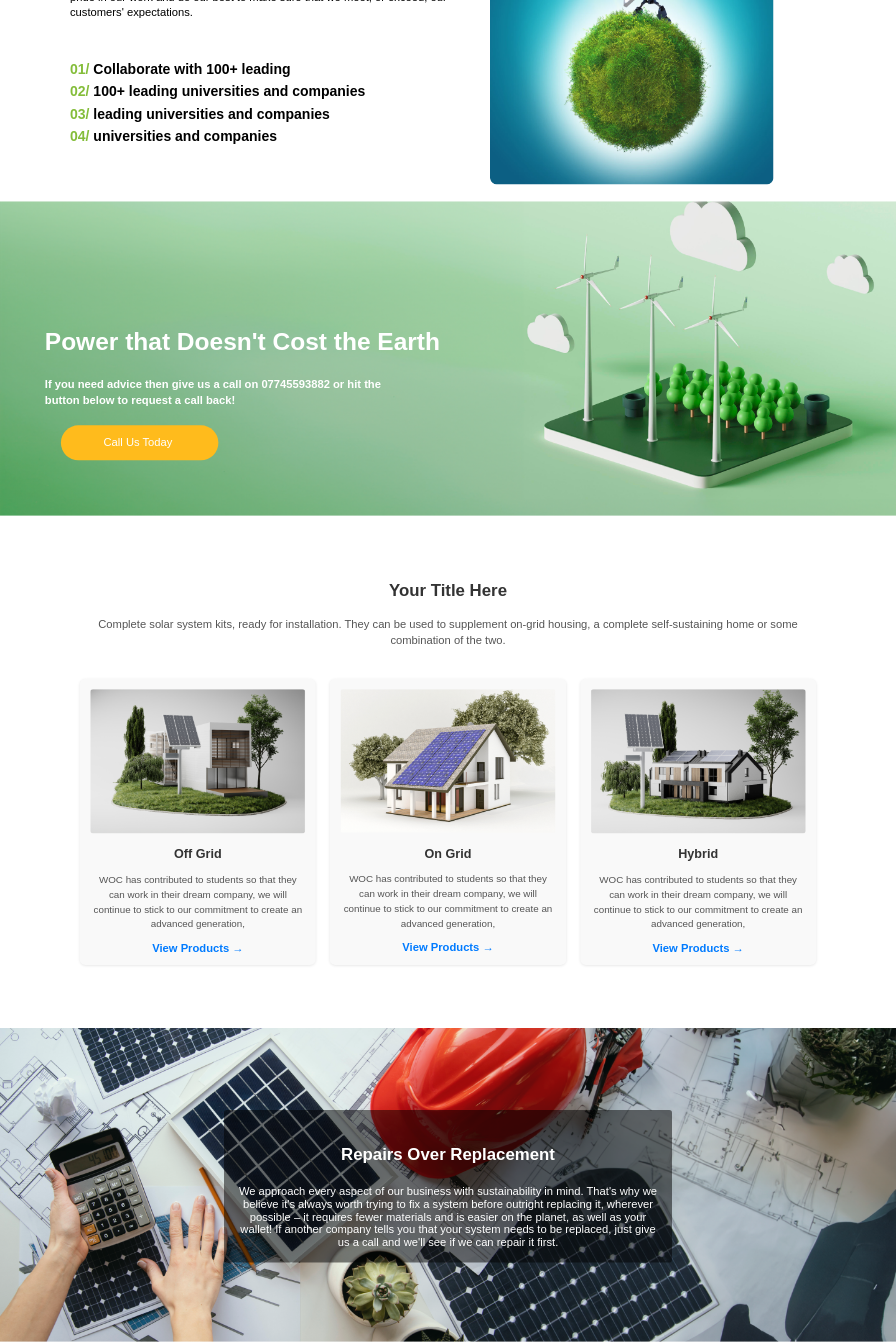
Repository: MaramNabil872/Landing-Page
Page: landingPage.html
These files come from the project's save history. The page is drawn as it stood at one moment and after the next save; the edit follows.
The browser window is 1280 px wide. The pictures show the part of the page from y = 1142 to 3062 px (the page is 3062 px tall), at 70% of full size.

Above is the page before, as saved 2024-10-20 22:17:27.

After the next save:
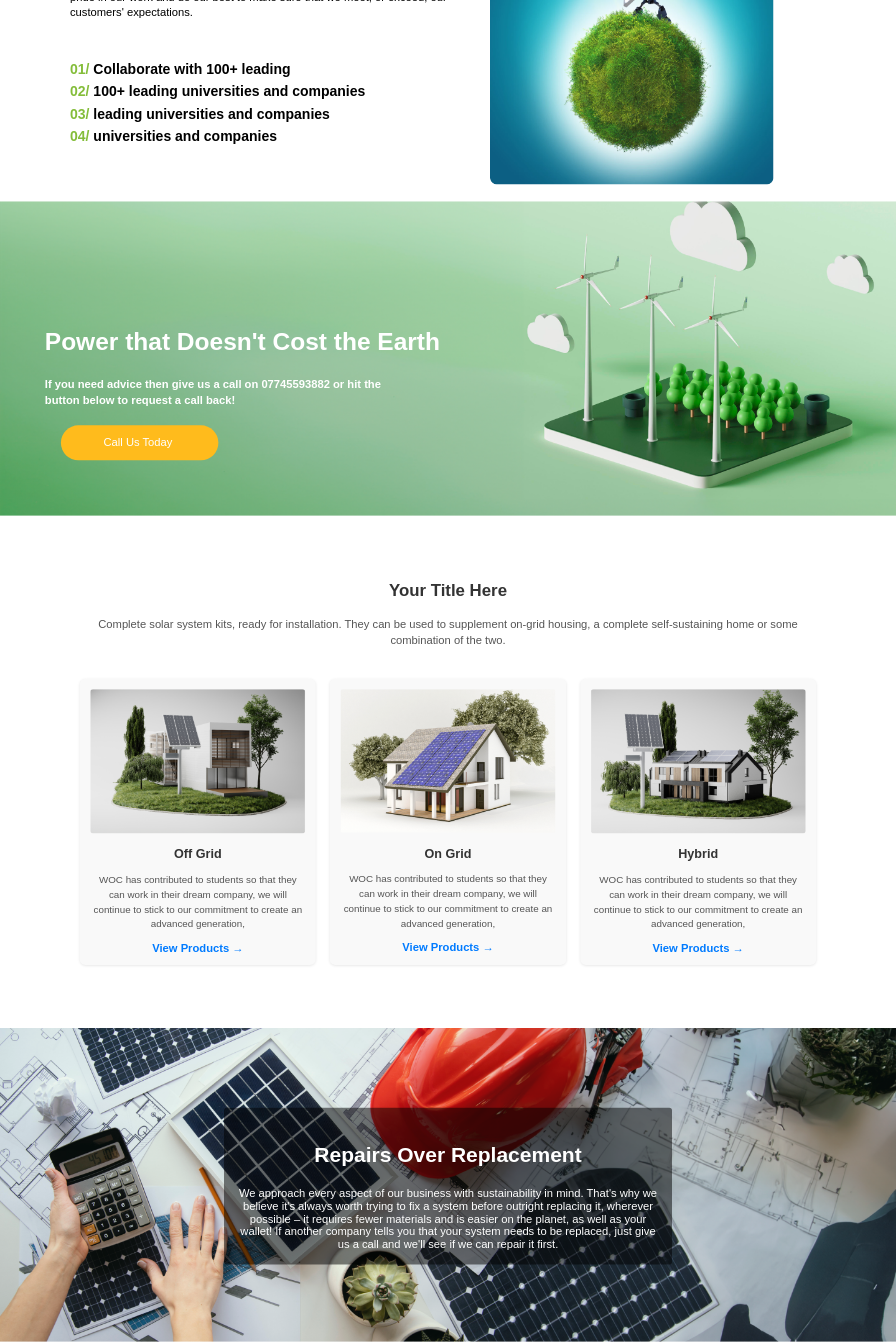
Saved 7 s later.
--- a/landingPage.css
+++ b/landingPage.css
@@ -320,6 +320,6 @@ font-size: 35px;
 .overlay-title{
     margin-top: 5%;
     margin-bottom: 5%;
-    font-size: 24px;
-
-}
+    font-size: 30px;
+
+}
